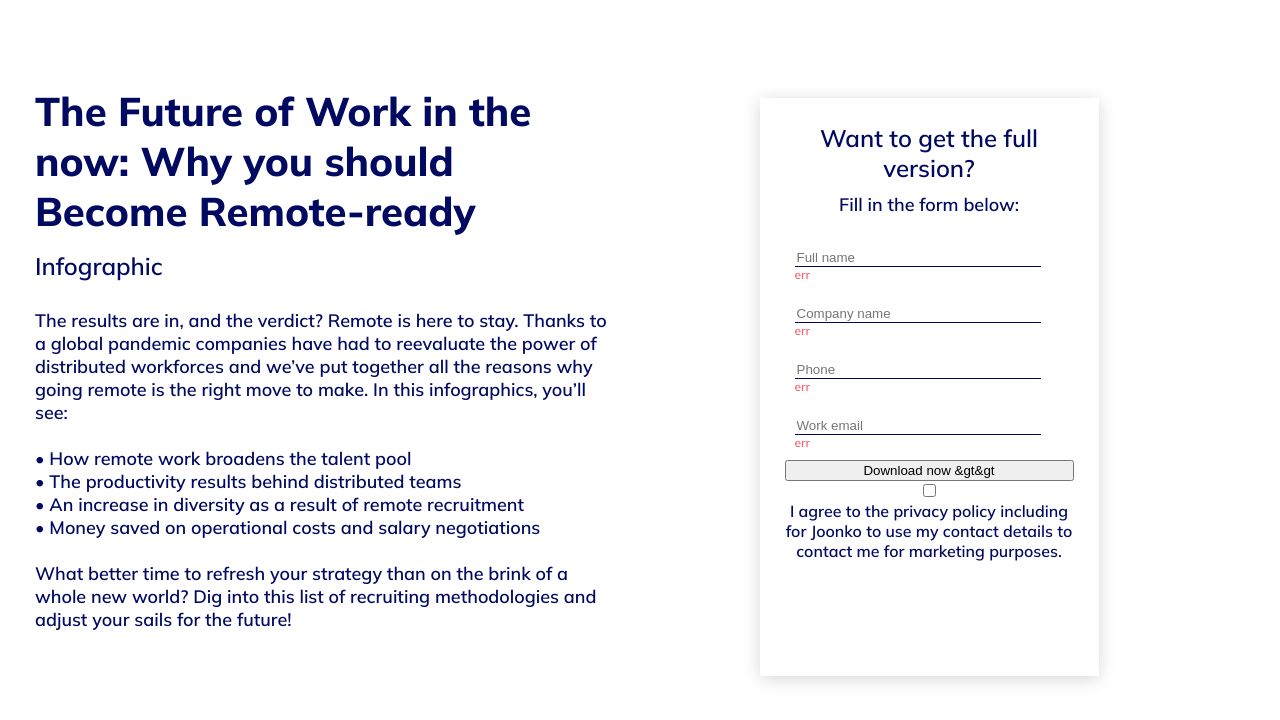
Repository: zivmorad/joonko-form
Page: /
These files come from the project's save history. The page is drawn as it stood at one moment and after the next save; the edit follows.
The browser window is 1280 px wide. The pictures show the whole page.
The project was rebuilt for these pictures with package versions that can differ from the ones it lists, and the page was loaded fresh each time.

Above is the page before, as saved 2021-08-03 11:27:37.

### public/index.html
<!DOCTYPE html>
<html lang="en">
	<head>
		<style>
			@import url('https://fonts.googleapis.com/css2?family=Mulish:wght@600;800&display=swap');
		</style>
		<meta charset="utf-8" />
		<meta name="viewport" content="width=device-width, initial-scale=1" />
		<meta name="theme-color" content="#000000" />
		<title>React App</title>
	</head>
	<body>
		<div id="root"></div>
	</body>
</html>

### src/App.js
import React from 'react';

import './App.scss';

const App = () => {
	return (
		<div className="main-page-wrapper center-page">
			<div className="app-wrapper row">
				<div className="details-wrapper column">
					<div className="title bold">The Future of Work in the now: Why you should Become Remote-ready</div>
					<div className="sub-title">Infographic</div>
					<p className="details-text">
						The results are in, and the verdict? Remote is here to stay. Thanks to a global pandemic companies have had
						to reevaluate the power of distributed workforces and we’ve put together all the reasons why going remote is
						the right move to make. In this infographics, you’ll see:
						<br />
						<br />
						• How remote work broadens the talent pool
						<br />
						• The productivity results behind distributed teams
						<br />• An increase in diversity as a result of remote recruitment
						<br /> • Money saved on operational costs and salary negotiations
						<br />
						<br /> What better time to refresh your strategy than on the brink of a whole new world? Dig into this list
						of recruiting methodologies and adjust your sails for the future!
					</p>
				</div>
				<div className="form-section column">
					<div className="form-card column">
						<form className="form-wrapper column" onSubmit={() => console.log('submit')}>
							<div className="form-title">Want to get the full version?</div>
							<div className="form-sub-title">Fill in the form below:</div>
							<div className="input-wrapper">
								<input type="text" placeholder="Full name" className="form-input" />
								<div className="error">err</div>
							</div>
							<div className="input-wrapper">
								<input type="text" placeholder="Company name" className="form-input" />
								<div className="error">err</div>
							</div>
							<div className="input-wrapper">
								<input type="number" placeholder="Phone" className="form-input" />
								<div className="error">err</div>
							</div>
							<div className="input-wrapper">
								<input type="text" placeholder="Work email" className="form-input" />
								<div className="error">err</div>
							</div>

							<button type="submit" className="form-btn">
								Download now &gt&gt
							</button>

							<div className="checkbox-input-wrapper">
								<input type="checkbox" className="checkbox-input" />
								<div className="check-box-text">
									I agree to the privacy policy including for Joonko to use my contact details to contact me for
									marketing purposes.
								</div>
							</div>
						</form>
					</div>
				</div>
			</div>
		</div>
	);
};

export default App;

### src/App.scss
html {
	height: 100%;
	width: 100%;
}
#root {
	height: 100%;
	width: 100%;
}
body {
	margin: 0;
	padding: 0;
	font-size: 16px;
	font-family: 'Mulish', sans-serif;
	height: 100%;
	width: 100%;
}

.row {
	display: flex;
	flex-direction: row;
}

.column {
	display: flex;
	flex-direction: column;
}

.center-page {
	display: flex;
	flex-direction: column;
	align-items: center;
	text-align: center;
}

.bold {
	font-weight: bold;
}

.main-page-wrapper {
	width: 100%;
	height: 100%;
	justify-content: center;
	color: #010a60;
	.app-wrapper {
		padding: 35px;
		justify-content: space-between;
		max-height: 673px;
		.details-wrapper {
			width: 50%;
			text-align: left;
			.title {
				font-size: 40px;
				margin: 15px 0px;
			}
			.sub-title {
				font-size: 24px;
				margin-bottom: 10px;
			}
			.details-text {
				font-size: 18px;
			}
		}
		.form-section {
			width: 50%;
			padding: 27px;
			height: 100%;
			align-items: center;
			.form-card {
				box-shadow: 0px 3px 16px #00000029;
				padding: 25px;
				height: 100%;
				width: 50%;
				.form-wrapper {
					.form-title {
						font-size: 24px;
						margin-bottom: 10px;
					}
					.form-sub-title {
						margin-bottom: 20px;
						font-size: 18px;
					}
					.input-wrapper {
						text-align: left;
						margin: 10px 10px;
						.form-input {
							border: none;
							width: 90%;
							border-bottom: 1px solid #010a60;
						}
						.error {
							color: #ed6982;
							font-size: 12px;
							height: 15px;
						}
					}
				}
			}
		}
	}
}

Loaded but not shown: src/index.js (common file)

After the next save:
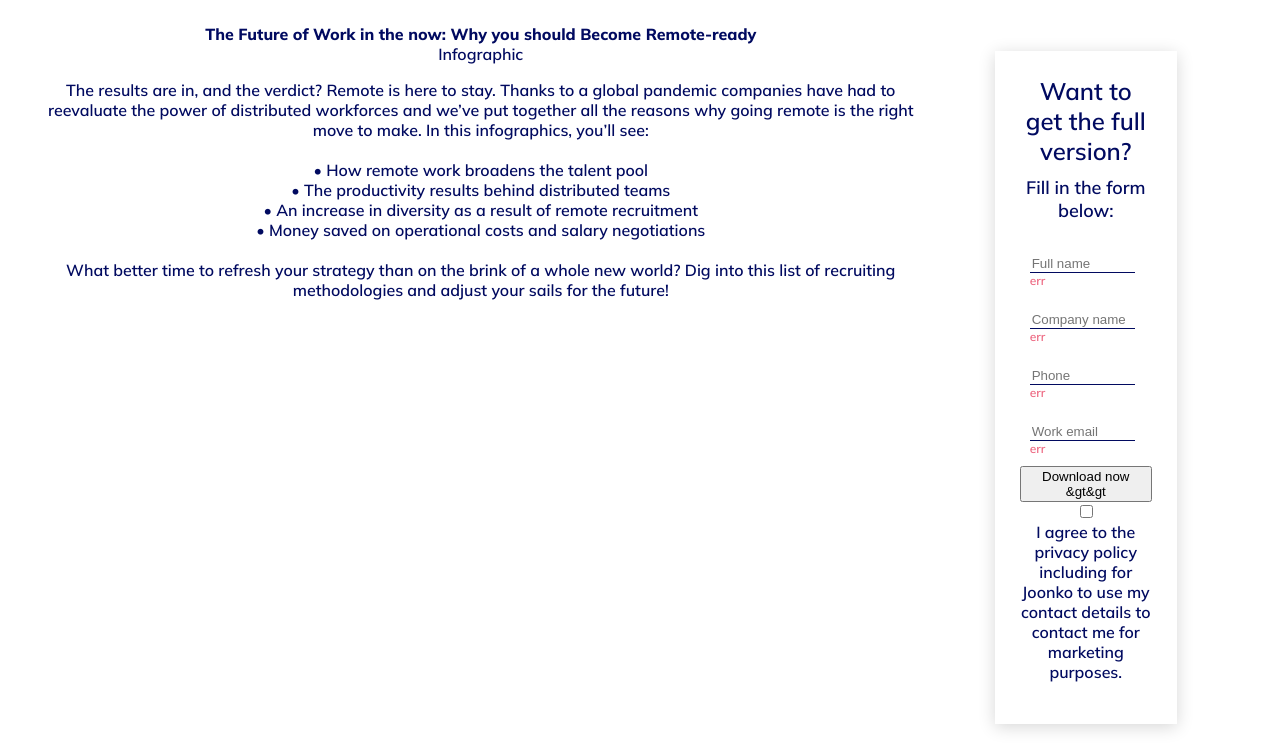
Saved 3 min 6 s later.
--- a/src/App.js
+++ b/src/App.js
@@ -6,24 +6,26 @@ const App = () => {
 	return (
 		<div className="main-page-wrapper center-page">
 			<div className="app-wrapper row">
-				<div className="details-wrapper column">
-					<div className="title bold">The Future of Work in the now: Why you should Become Remote-ready</div>
-					<div className="sub-title">Infographic</div>
-					<p className="details-text">
-						The results are in, and the verdict? Remote is here to stay. Thanks to a global pandemic companies have had
-						to reevaluate the power of distributed workforces and we’ve put together all the reasons why going remote is
-						the right move to make. In this infographics, you’ll see:
-						<br />
-						<br />
-						• How remote work broadens the talent pool
-						<br />
-						• The productivity results behind distributed teams
-						<br />• An increase in diversity as a result of remote recruitment
-						<br /> • Money saved on operational costs and salary negotiations
-						<br />
-						<br /> What better time to refresh your strategy than on the brink of a whole new world? Dig into this list
-						of recruiting methodologies and adjust your sails for the future!
-					</p>
+				<div className="details-section column">
+					<div className="details-text-wrapper">
+						<div className="title bold">The Future of Work in the now: Why you should Become Remote-ready</div>
+						<div className="sub-title">Infographic</div>
+						<p className="details-text">
+							The results are in, and the verdict? Remote is here to stay. Thanks to a global pandemic companies have
+							had to reevaluate the power of distributed workforces and we’ve put together all the reasons why going
+							remote is the right move to make. In this infographics, you’ll see:
+							<br />
+							<br />
+							• How remote work broadens the talent pool
+							<br />
+							• The productivity results behind distributed teams
+							<br />• An increase in diversity as a result of remote recruitment
+							<br /> • Money saved on operational costs and salary negotiations
+							<br />
+							<br /> What better time to refresh your strategy than on the brink of a whole new world? Dig into this
+							list of recruiting methodologies and adjust your sails for the future!
+						</p>
+					</div>
 				</div>
 				<div className="form-section column">
 					<div className="form-card column">
